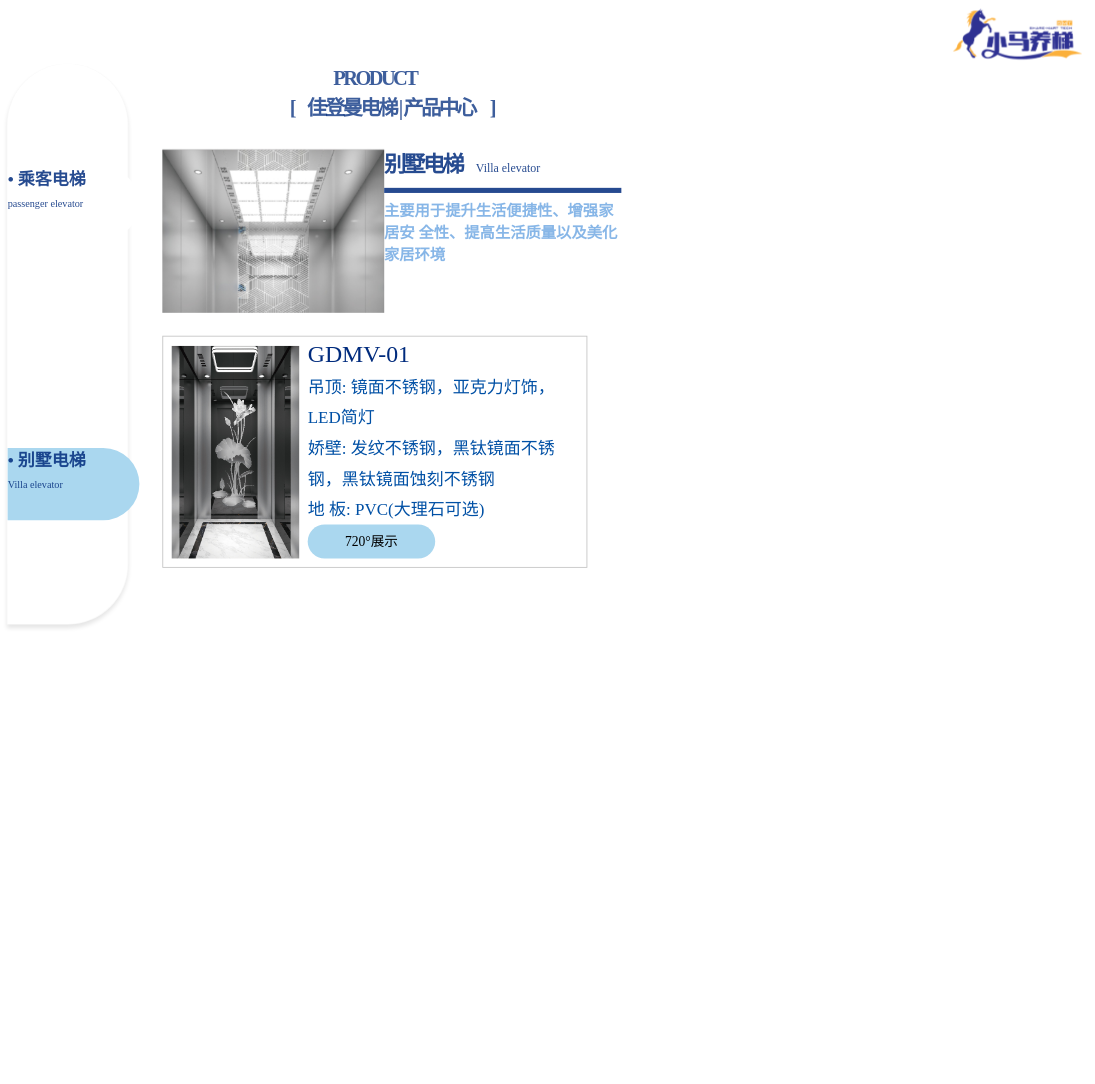
Repository: XIE-code/elevator-ipad
Page: /#/product/Villa
These files come from the project's save history. The page is drawn as it stood at one moment and after the next save; the edit follows.
The browser window is 1280 px wide. The page is 1288 px wide, so the pictures cover 1288 px, including what lies to the right of the window. The pictures show the whole page, at 85% of full size.
The project was rebuilt for these pictures with package versions that can differ from the ones it lists, and the page was loaded fresh each time. Also part of the build but not shown: vue.config.js.

Above is the page before, as saved 2025-03-26 11:56:44.

### public/index.html
<!DOCTYPE html>
<html lang="">
    <head>
        <meta charset="utf-8" />
        <meta http-equiv="X-UA-Compatible" content="IE=edge" />
        <meta name="viewport" content="width=device-width,initial-scale=1" />
        <link rel="icon" href="<%= BASE_URL %>favicon.ico" />
        <title><%= htmlWebpackPlugin.options.title %></title>
    </head>
    <style>
        html {
            font-size: 16px; /* 默认字体大小 */
        }
    </style>
    <body>
        <noscript>
            <strong
                >We're sorry but <%= htmlWebpackPlugin.options.title %> doesn't
                work properly without JavaScript enabled. Please enable it to
                continue.</strong
            >
        </noscript>
        <div id="app"></div>
        <!-- built files will be auto injected -->
    </body>
</html>

### src/App.vue
<template>
    <router-view />
</template>

<style></style>

### src/router/index.js
import { createRouter, createWebHashHistory } from "vue-router";

const routes = [
    {
        path: "/",
        name: "home",
        component: () =>
            import(
                /* webpackChunkName: "about" */ "../views/product/ProductView.vue"
            ),
    },
    {
        path: "/about",
        name: "about",
        // route level code-splitting
        // this generates a separate chunk (about.[hash].js) for this route
        // which is lazy-loaded when the route is visited.
        component: () =>
            import(/* webpackChunkName: "about" */ "../views/AboutView.vue"),
    },
    {
        path: "/product/passenger",
        name: "product",
        // route level code-splitting
        // this generates a separate chunk (about.[hash].js) for this route
        // which is lazy-loaded when the route is visited.
        component: () =>
            import(
                /* webpackChunkName: "about" */ "../views/product/ProductView.vue"
            ),
    },
    {
        path: "/product/Villa",
        name: "product",
        // route level code-splitting
        // this generates a separate chunk (about.[hash].js) for this route
        // which is lazy-loaded when the route is visited.
        component: () =>
            import(
                /* webpackChunkName: "about" */ "../views/product/VillaElevator.vue"
            ),
    },
];

const router = createRouter({
    history: createWebHashHistory(),
    routes,
});

export default router;

### src/views/product/VillaElevator.vue
<template>
    <div class="web">
        <!-- 页面头部 -->
        <div class="web-header">
            <div class="web-header-awa"></div>
        </div>
        <!-- 页面主体 -->
        <div class="web-center">
            <!-- 左侧边导航栏 -->
            <div class="web-left">
                <div class="navigation" @click="gotPassenger">
                    <span class="text6">• 乘客电梯</span><br />
                    <span class="text7">passenger elevator</span>
                </div>
                <div class="navigation" @click="gotoVilla">
                    <span class="text6">• 别墅电梯</span><br />
                    <span class="text7">Villa elevator</span>
                </div>
            </div>
            <div class="web-text">
                <!-- 中心标题 -->
                <div class="center-title">
                    <span style="text-align: center">PRODUCT</span>
                    <span
                        >[&nbsp;&nbsp;&nbsp;&nbsp;&nbsp;佳登曼电梯&nbsp;|&nbsp;产品中心
                        &nbsp;&nbsp;&nbsp;&nbsp;&nbsp;]</span
                    >
                </div>
                <!-- 乘客电梯 -->
                <div class="web-passenger">
                    <div class="web-passenger-image"></div>
                    <div class="web-passenger-text">
                        <div class="web-passenger-text1">
                            <span class="chinese">别墅电梯</span
                            >&nbsp;&nbsp;&nbsp;
                            <span class="english"> Villa elevator</span>
                            <hr
                                style="
                                    border: 0.1875rem solid
                                        rgba(0, 43, 125, 0.85);
                                "
                            />
                            <span class="text3"
                                >主要用于提升生活便捷性、增强家居安
                                全性、提高生活质量以及美化家居环境
                            </span>
                        </div>
                    </div>
                </div>
                <!-- 乘客电梯产品 -->
                <div class="center-box" style="margin-top: 1.25rem">
                    <!-- 电梯1 -->
                    <div class="web-passenger-product">
                        <div class="web-passenger-product-box">
                            <div class="web-passenger-product-box-img">
                                <img
                                    src="@/assets/images/villa-images/GDMV-01.jpg"
                                    alt=""
                                    style="width: 100%; height: 100%"
                                />
                            </div>
                            <div class="web-passenger-product-box-text">
                                <span class="text4">GDMV-01</span><br />
                                <span class="text5"
                                    >吊顶:&nbsp;镜面不锈钢，亚克力灯饰，LED简灯<br />
                                    娇壁:&nbsp;发纹不锈钢，黑钛镜面不锈钢，黑钛镜面蚀刻不锈钢</span
                                ><br />
                                <span class="text5"
                                    >地 板:&nbsp;PVC(大理石可选)</span
                                >
                                <div
                                    class="web-passenger-product-box-text-bottom"
                                >
                                    <a
                                        href="http://my.3vfang.com/p/share/content.php?m=a3I4MDM5LWl0ZW09NDgzOTM="
                                        class="button-link"
                                        >720°展示</a
                                    >
                                </div>
                            </div>
                        </div>
                    </div>
                </div>
            </div>
        </div>
    </div>
</template>

<script>
export default {
    data() {
        return {};
    },
    methods: {
        gotoVilla() {
            this.$router.push("/product/Villa");
        },
        gotPassenger() {
            this.$router.push("/");
        },
    },
};
</script>

<style scoped>
/* 基础样式 */

html {
    width: 100%;
    height: 100%;
    margin: 0;
    padding: 0;
    box-sizing: border-box;
    font-size: 16px;
}
.web {
    width: 100vw;
    height: 100vh;
    min-width: auto; /* ✅ 移除最小宽度限制 */
    margin: 0 auto;
    box-sizing: border-box;
}
.web .web-header {
    height: 9.33vh;
    position: relative;
    width: 99vw;
    min-width: 46.875rem;
}
.web .web-header .web-header-box {
    width: 5rem;
    height: 2.5rem;
    background: whitesmoke;
    display: flex;
    flex-direction: row;
}
.web .web-header .web-header-awa {
    /* 小马 */
    width: 9.75rem;
    height: 4rem;
    top: 0;
    right: 0;
    position: absolute;
    background-image: url(@/assets/images/logo.png);
}

.web .web-text {
    width: 31.25rem;
    height: 75rem;
    margin-left: 40px;
}
.web .web-text .center-title {
    width: 12.5rem;
    height: 6.25rem;
    margin: auto;
    text-align: center;
    display: flex;
    flex-direction: column;
    white-space: nowrap;
    color: rgba(0, 43, 125, 0.76);
    font-family: 思源黑体;
    font-size: 1.5rem;
    font-weight: 700;
    line-height: 2.1875rem;
    letter-spacing: -3px;
    text-align: left;
}

.web .web-center {
    display: flex;
    flex-direction: row;
}
.web .web-center .web-left {
    width: 8.8125rem;
    height: 41.1875rem;
    border-bottom: 0.0625rem solid rgba(184, 183, 183, 0.09);
    border-left: 0.0625rem solid rgba(184, 183, 183, 0.09);
    border-right: 0.0625rem solid rgba(184, 183, 183, 0.09);
    border-radius: 7.5rem 7.5rem 7.5rem 0rem;
    box-shadow: 0rem 0.25rem 0.3125rem 0rem rgba(0, 0, 0, 0.1);
    background: rgb(255, 255, 255);
    display: flex;
    flex-direction: column;
    justify-content: space-around; /* 两个盒子分布在两端 */
}
.web .web-center .web-left .navigation {
    width: 9.6875rem;
    height: 5.3125rem;
    border-radius: 0rem 3.125rem 3.125rem 0rem;
    background: white;
    font-size: 1.25rem;
    transition: background-color 0.3s; /* 添加背景颜色过渡效果 */
    cursor: pointer;
}

.web .web-center .web-left .navigation:nth-child(2) {
    background: rgb(170, 215, 239);
}

.web .web-center .web-text .web-passenger {
    width: 33.75rem;
    height: 12.5rem;
    display: flex;
    flex-direction: row;
}
.web .web-text .center-box {
    display: flex;
    flex-direction: column;
    gap: 1.875rem;
}
.web .web-center .web-text .web-passenger .web-passenger-image {
    height: 10.8125rem;
    width: 15.625rem;
    padding: 0.625rem;
    background-image: url(@/assets/images/image1.png);
    background-size: cover;
    background-repeat: no-repeat;
}
.web .web-center .web-text .web-passenger .web-passenger-text {
    height: 10.8125rem;
    width: 18.125rem;
    background-size: cover;
    background-repeat: no-repeat;
}
.web
    .web-center
    .web-text
    .web-passenger
    .web-passenger-text
    .web-passenger-text1 {
    width: 100%;
    height: 1.25rem;
}

.web .web-center .web-text .web-passenger-product {
    width: 100%;
    height: auto;
    display: flex;
    flex-direction: column;
    justify-content: center; /* 水平居中子元素 */
    align-items: center; /* 垂直居中子元素（可选） */
    box-sizing: border-box;
    border: 1px solid rgba(0, 0, 0, 0.24);
    background: rgb(255, 255, 255);
}
.web .web-center .web-text .web-passenger-product .web-passenger-product-box {
    width: 100%;
    height: 90%;
    position: relative;
    display: flex;
    flex-direction: row;
    justify-content: space-around; /* 两个盒子分布在两端 */
    align-items: center; /* 垂直居中子元素 */
    box-sizing: border-box;
}
.web
    .web-center
    .web-text
    .web-passenger-product
    .web-passenger-product-box
    .web-passenger-product-box-img {
    width: 9.375rem;
    height: 15.625rem;
    background-size: cover;
    background-repeat: no-repeat;
    padding: 10px;
}
.web
    .web-center
    .web-text
    .web-passenger-product
    .web-passenger-product-box
    .web-passenger-product-box-img
    img {
    width: 100%;
    height: 100%;
    object-fit: cover;
}

.web
    .web-center
    .web-text
    .web-passenger-product
    .web-passenger-product-box
    .web-passenger-product-box-text {
    width: 60%;
    height: 100%;
    margin: auto;
    color: rgb(0, 80, 165);
    font-family: 思源黑体;
    font-size: 1.5rem;
    font-weight: 400;
    line-height: 2.1875rem;
    letter-spacing: 0px;
    text-align: left;
    flex: 1; /* 文字部分占满剩余空间 */
}

.web
    .web-center
    .web-text
    .web-passenger-product
    .web-passenger-product-box
    .web-passenger-product-box-text
    .web-passenger-product-box-text-bottom {
    margin-top: bottom;
}
.button-link {
    display: inline-block;
    width: 100%;
    max-width: 150px;
    height: 40px;
    color: white;
    text-decoration: none;
    border-radius: 50px;
    background: rgb(170, 215, 239);
    border: none;
    cursor: pointer;
    color: rgb(0, 0, 0);
    font-family: 思源黑体;
    font-size: 16px;
    font-weight: 400;
    line-height: 39px;
    letter-spacing: 0px;
    text-align: center;
    margin-bottom: 0.625rem;
}
/* 字体 */
.chinese {
    color: rgba(0, 43, 125, 0.85);
    font-family: 思源黑体;
    font-size: 26px;
    font-weight: 700;
    line-height: 38px;
    letter-spacing: -3px;
    text-align: left;
}
.english {
    color: rgba(0, 43, 125, 0.85);
    font-family: 思源黑体;
    font-size: 14px;
    font-weight: 400;
    line-height: 20px;
    letter-spacing: 0px;
    text-align: left;
}
.text3 {
    color: rgba(117, 171, 227, 0.87);
    font-family: 思源黑体;
    font-size: 1.125rem;
    font-weight: 700;
    line-height: 1.625rem;
    letter-spacing: 0px;
    text-align: left;
}
.text4 {
    color: rgb(0, 43, 125);
    font-family: 思源黑体;
    font-size: 1.75rem;
    font-weight: 400;
    line-height: 2.5625rem;
    letter-spacing: 0px;
    text-align: left;
}
.text5 {
    color: rgb(0, 80, 165);
    font-family: 思源黑体;
    font-size: 1.25rem;
    font-weight: 400;
    line-height: 2.1875rem;
    letter-spacing: 0px;
    text-align: left;
}
.text6 {
    color: rgba(0, 43, 125, 0.85);
    font-family: 思源黑体;
    font-size: 1.25rem;
    font-weight: 700;
    line-height: 1.8125rem;
    letter-spacing: 0px;
    text-align: left;
}
.text7 {
    color: rgba(0, 43, 125, 0.85);
    font-family: 思源黑体;
    font-size: 0.75rem;
    font-weight: 400;
    line-height: 1.0625rem;
    letter-spacing: 0px;
    text-align: left;
}
/* 添加高亮效果的样式 */
.navigation .active {
    transition: background-color 0.3s; /* 平滑过渡效果 */
    background: rgb(170, 215, 239);
}
/* 默认样式 */
.container {
    display: flex;
    flex-direction: column;
}

@media screen and (max-width: 480px) {
    .web {
        transform: scale(0.55);
        transform-origin: top left;
    }
}

@media screen and (max-width: 431px) {
    .web {
        transform: scale(0.5);
        transform-origin: top left;
    }
}

@media screen and (max-width: 376px) {
    .web {
        transform: scale(0.45);
        transform-origin: top left;
    }
}
@media screen and (min-width: 776px) {
}
</style>

Loaded but not shown: src/main.js (common file); src/store/index.js (common file)

After the next save:
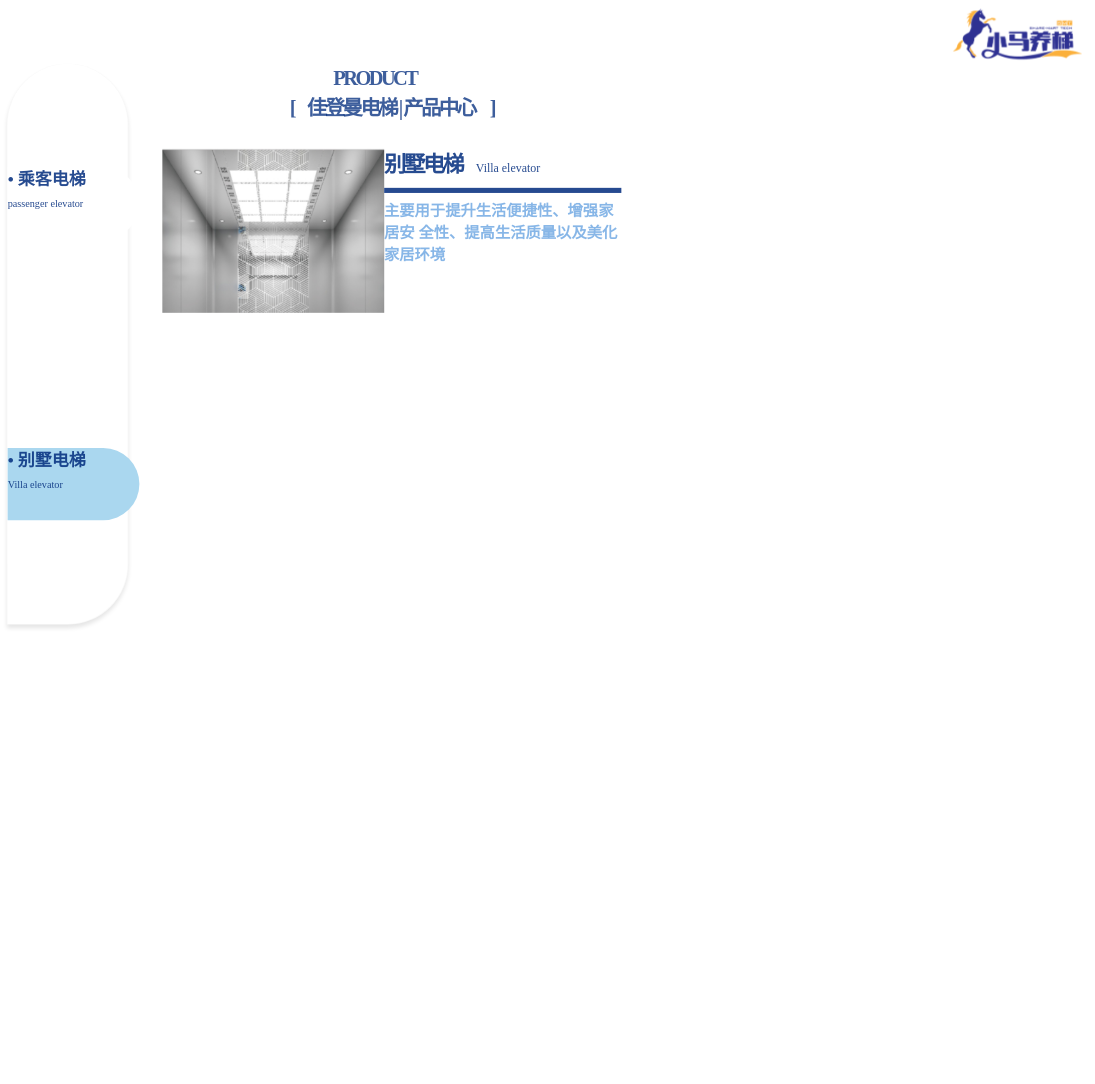
Saved 34 s later.
--- a/src/views/product/VillaElevator.vue
+++ b/src/views/product/VillaElevator.vue
@@ -49,31 +49,26 @@
                 </div>
                 <!-- 乘客电梯产品 -->
                 <div class="center-box" style="margin-top: 1.25rem">
-                    <!-- 电梯1 -->
-                    <div class="web-passenger-product">
+                    <!-- 动态渲染电梯产品 -->
+                    <div
+                        v-for="(item, index) in elist"
+                        :key="index"
+                        class="web-passenger-product"
+                    >
                         <div class="web-passenger-product-box">
                             <div class="web-passenger-product-box-img">
-                                <img
-                                    src="@/assets/images/villa-images/GDMV-01.jpg"
-                                    alt=""
-                                    style="width: 100%; height: 100%"
-                                />
+                                <img src="item.imgUrl" :alt="item.name" />
                             </div>
                             <div class="web-passenger-product-box-text">
-                                <span class="text4">GDMV-01</span><br />
-                                <span class="text5"
-                                    >吊顶:&nbsp;镜面不锈钢，亚克力灯饰，LED简灯<br />
-                                    娇壁:&nbsp;发纹不锈钢，黑钛镜面不锈钢，黑钛镜面蚀刻不锈钢</span
-                                ><br />
-                                <span class="text5"
-                                    >地 板:&nbsp;PVC(大理石可选)</span
-                                >
+                                <span class="text4">{{ item.name }}</span>
+                                <span class="text5">
+                                    {{ item.description }}
+                                </span>
+                                <!-- <span class="text5">地 板:PVC(大理石可选)</span> -->
                                 <div
                                     class="web-passenger-product-box-text-bottom"
                                 >
-                                    <a
-                                        href="http://my.3vfang.com/p/share/content.php?m=a3I4MDM5LWl0ZW09NDgzOTM="
-                                        class="button-link"
+                                    <a :href="item.link" class="button-link"
                                         >720°展示</a
                                     >
                                 </div>
